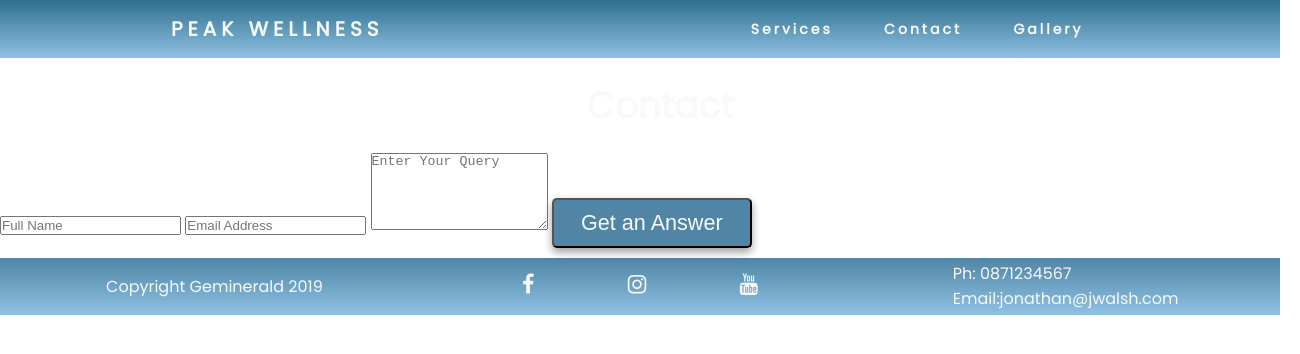
Repository: geminerald/peakwellness
Page: contact.html
The author's editor kept a record of every edit. The page is drawn from the files as they stood at one moment, then again after the next edit.
The browser window is 1280 px wide. The page is 1300 px wide, so the pictures cover 1300 px, including what lies to the right of the window. The pictures show the whole page.

Above is the page before.

After the next edit:
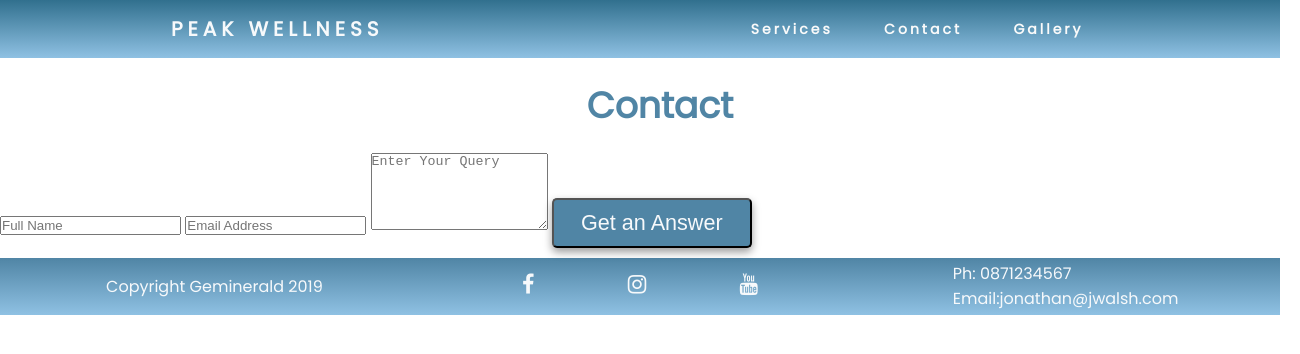
The edit:
--- a/contact.html
+++ b/contact.html
@@ -37,7 +37,7 @@
         </div>
     </nav>
     <section>
-        <div class="contact">
+        <div class="contact-container">
 
             <h1>Contact</h1>
             <div class="contacts">
